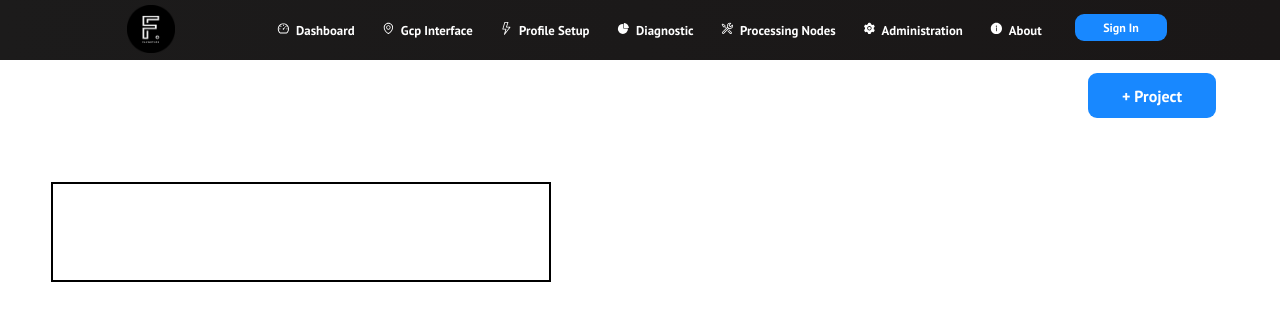
Repository: Akshaykumar1111/akki
Page: /Dashboard
The author's editor kept a copy of each file at every save. The page is drawn from the files as they stood at one save, then again after the next save.
The browser window is 1280 px wide. The pictures show the whole page.
Some web libraries are served in a nearby version. The project was rebuilt for these pictures with package versions that can differ from the ones it lists, and the page was loaded fresh each time. Also part of the build but not shown: src/components/pages/Administration.js, src/components/pages/Diagnostic.js, src/components/pages/ProfileSetup.js, src/components/pages/GcpInterface.js, src/components/pages/ProcessingNodes.js, src/components/pages/About.js, src/components/pages/Popup.css, src/components/pages/LogInPopup.js and 6 more.

Above is the page before, as saved 2022-10-20 10:16:55.

After the next save:
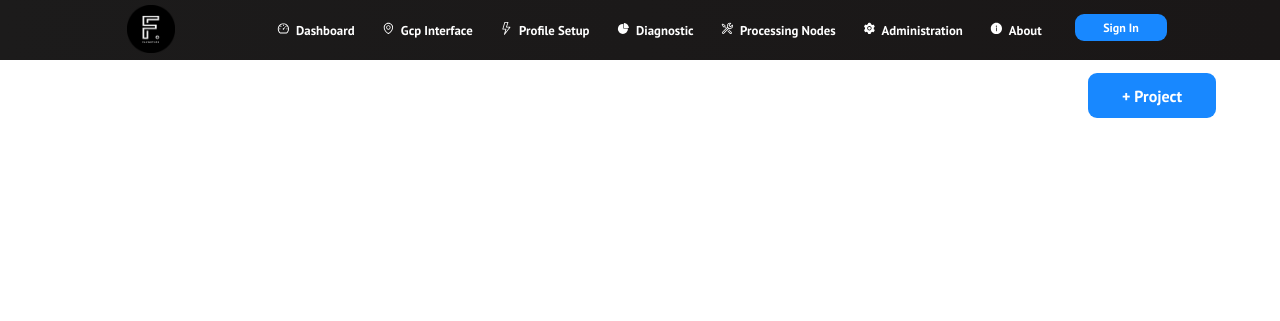
Saved 31 s later.
--- a/src/components/pages/Dashboard.js
+++ b/src/components/pages/Dashboard.js
@@ -8,7 +8,7 @@ export default function Dashboard() {
   return ( <>
 
   <button type="button" className='btn projectbtn'>+ Project</button>
-  <div class = "div1"></div>
+
   </>
   )
  }
